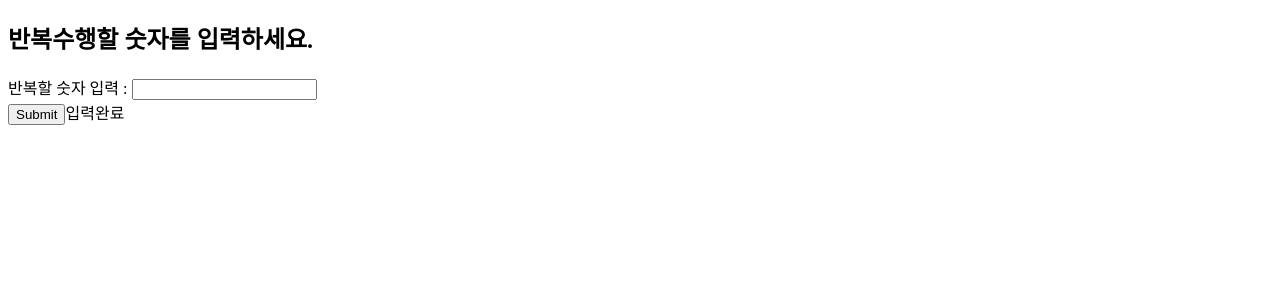
Repository: gugucon-hwan/ForStudyJSP
Page: http://localhost/StudyBasicJSP/ch06/ex06-04Form.jsp
The author's editor kept a copy of each file at every save. The page is drawn from the files as they stood at one save, then again after the next save.
The browser window is 1280 px wide. The pictures show the whole page.
The page is served by Tomcat 9.

Above is the page before, as saved 2020-08-15 16:09:46.

After the next save:
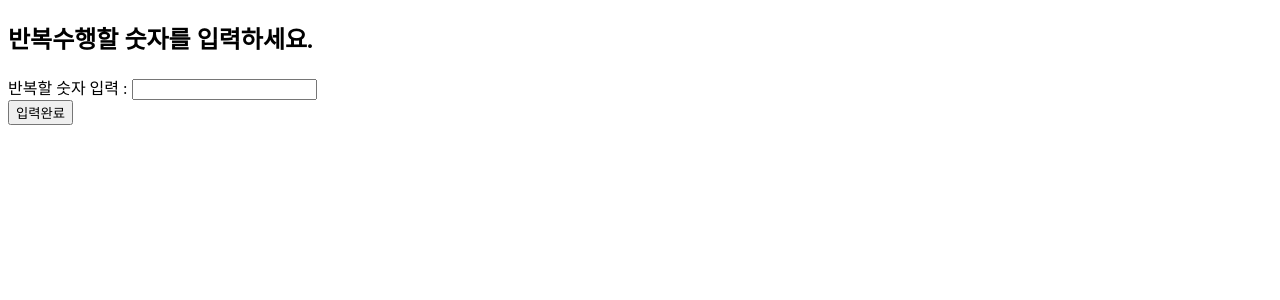
Saved 27 s later.
--- a/StudyBasicJSP/WebContent/ch06/ex06-04Form.jsp
+++ b/StudyBasicJSP/WebContent/ch06/ex06-04Form.jsp
@@ -10,7 +10,7 @@
 	<h2>반복수행할 숫자를 입력하세요.</h2>
 	<form method="post" action="ex06-04Pro.jsp">
 	반복할 숫자 입력 : <input type="text" name="localNum"><br>
-	<input type="submit">입력완료
+	<input type="submit" value="입력완료">
 	</form>
 </body>
 </html>
